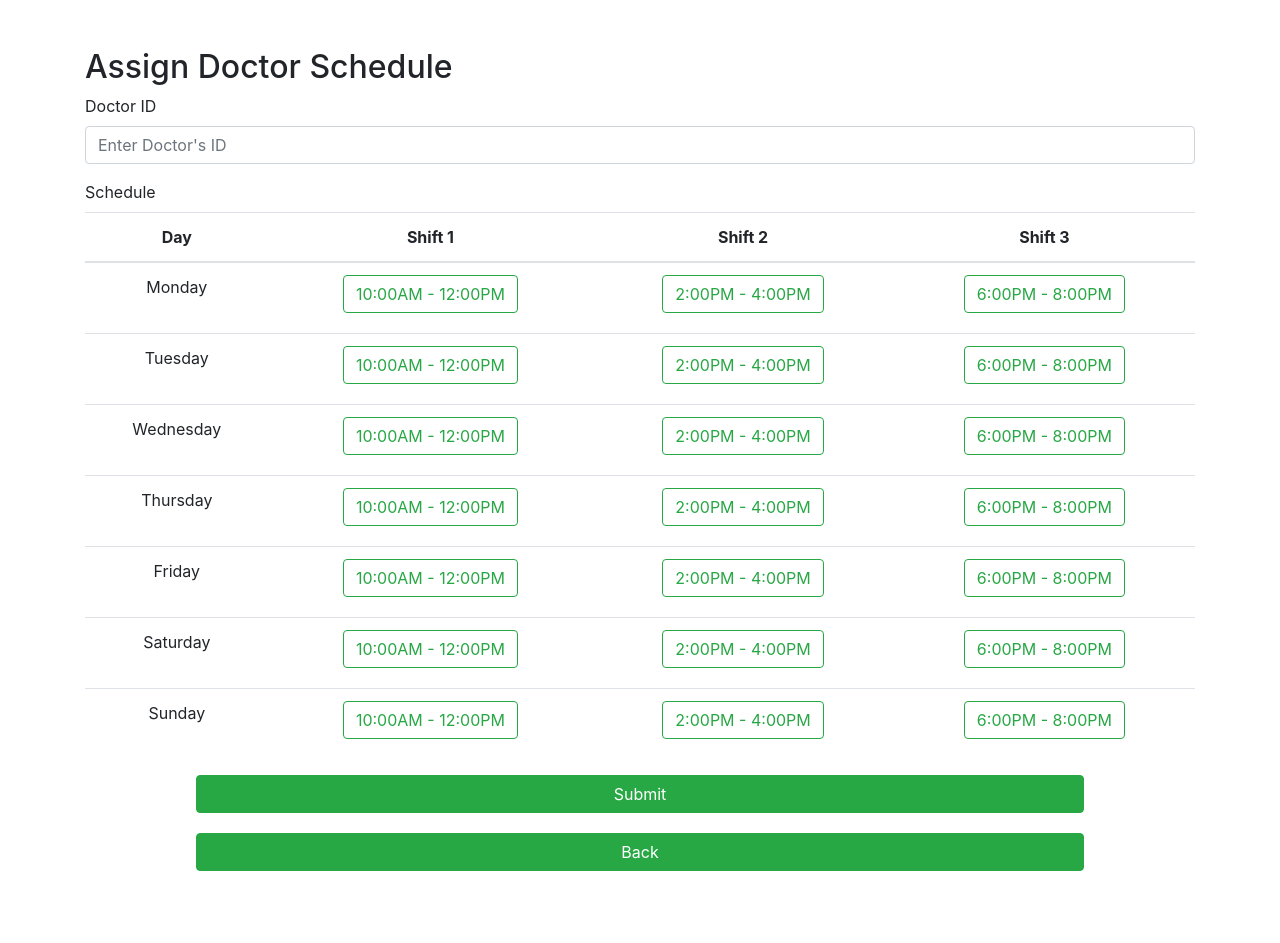
Repository: theonlymono/FitfinityHealthcareWebsiteJ2EE
Page: http://localhost/Fitfinity/DrSchedule.jsp
These files come from the project's save history. The page is drawn as it stood at one moment and after a run of saves; the edit follows.
The browser window is 1280 px wide. The pictures show the whole page.
Some web libraries are served in a nearby version. The page is served by Tomcat 9.

Above is the page before, as saved 2024-02-27 18:26:33.

After the next 2 saves:
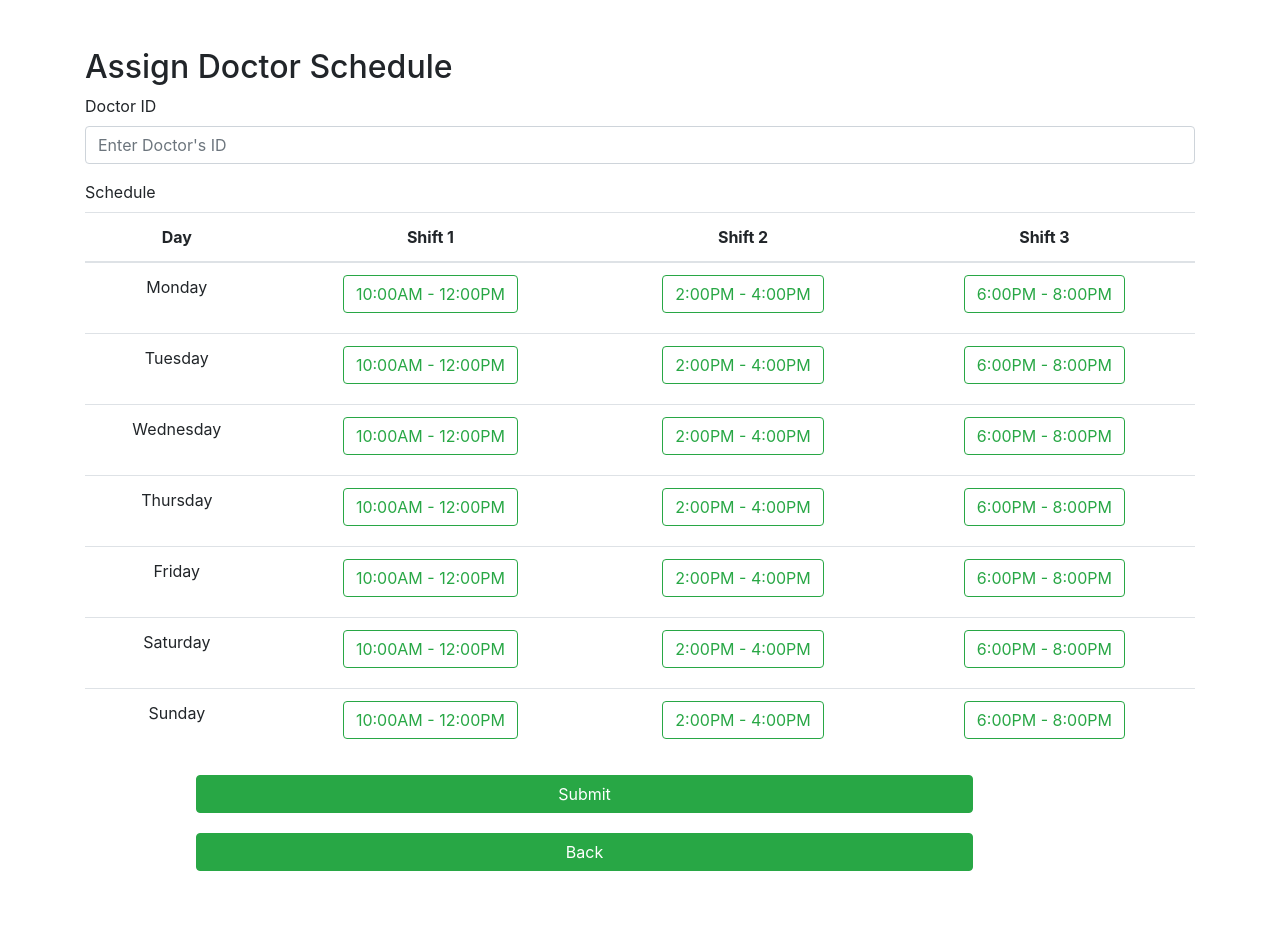
The 2 saves are shown as one change because they came seconds apart.
The last was saved 7 s later.
--- a/fitfinity/Fitfinity/WebContent/DrSchedule.jsp
+++ b/fitfinity/Fitfinity/WebContent/DrSchedule.jsp
@@ -178,9 +178,9 @@
           </tbody>
         </table>
       </div>
-      <button style="margin-left: 10%; width: 80%; " type="submit" class="btn btn-success">Submit</button>
+      <button style="margin-left: 10%; width: 70%; " type="submit" class="btn btn-success">Submit</button>
     </form>
-    <button style="margin-top: 20px; margin-left: 10%; width: 80%; " type="submit" class="btn btn-success">Back</button>
+    <button style="margin-top: 20px; margin-left: 10%; width: 70%; " type="submit" class="btn btn-success">Back</button>
     <br>
     <br>
     <br>
